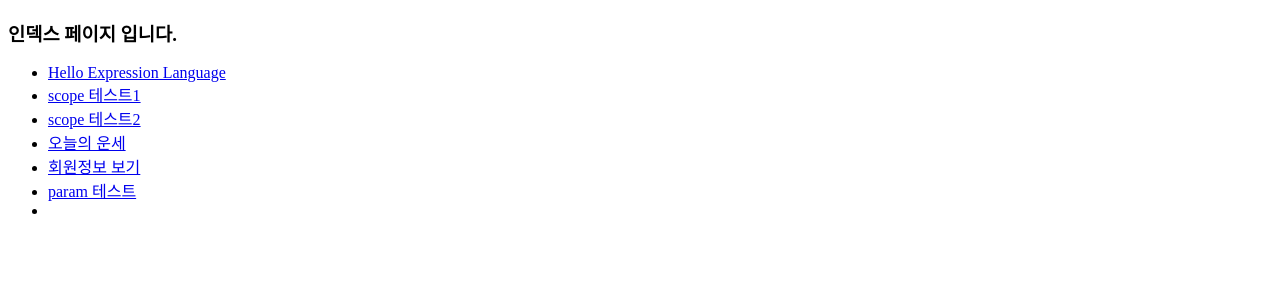
Repository: hyunhee7/web_work
Page: http://localhost/Step16_EL/
An editor plug-in stored every save of this project. The page is shown before and after the next save, followed by the edit.
The browser window is 1280 px wide. The pictures show the whole page.
The page is served by Tomcat 9.

Above is the page before, as saved 2017-07-12 02:58:21.

After the next save:
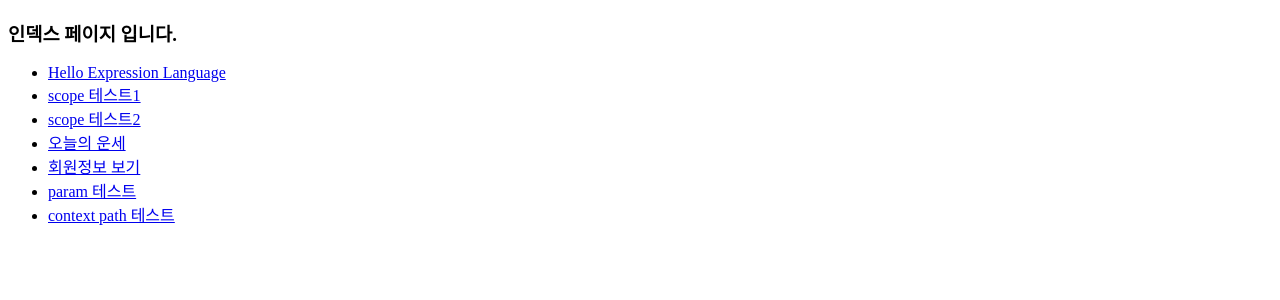
Saved 9 s later.
--- a/Step16_EL/WebContent/index.jsp
+++ b/Step16_EL/WebContent/index.jsp
@@ -15,7 +15,7 @@
 	<li><a href="scope/fortune.do">오늘의 운세</a></li>
 	<li><a href="scope/info.do">회원정보 보기</a></li>
 	<li><a href="param/form.jsp">param 테스트</a></li>
-	<li><a href="sub/test.jsp"></a></li>
+	<li><a href="sub/test.jsp">context path 테스트</a></li>
 </ul>
 </body>
 </html>
